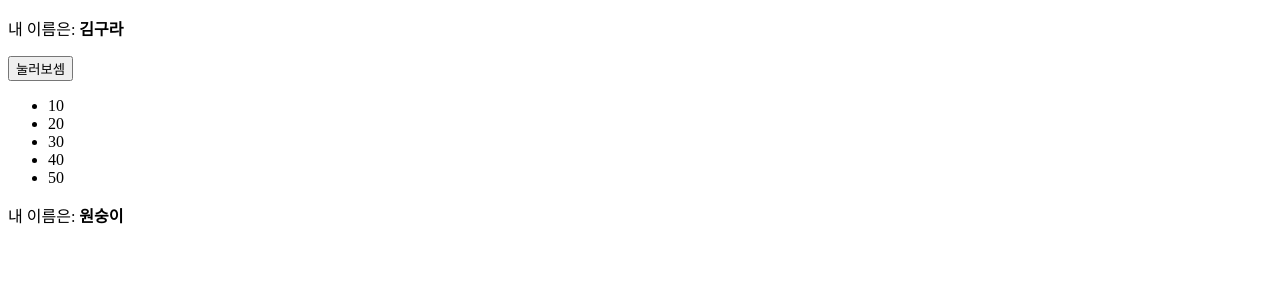
Repository: hyunhee7/angular_work
Page: HelloAngular/WebContent/Step02_controller.html
The author's editor kept a copy of each file at every save. The page is drawn from the files as they stood at one save, then again after the next save.
The browser window is 1280 px wide. The pictures show the whole page.

Above is the page before, as saved 2017-08-25 02:12:54.

After the next save:
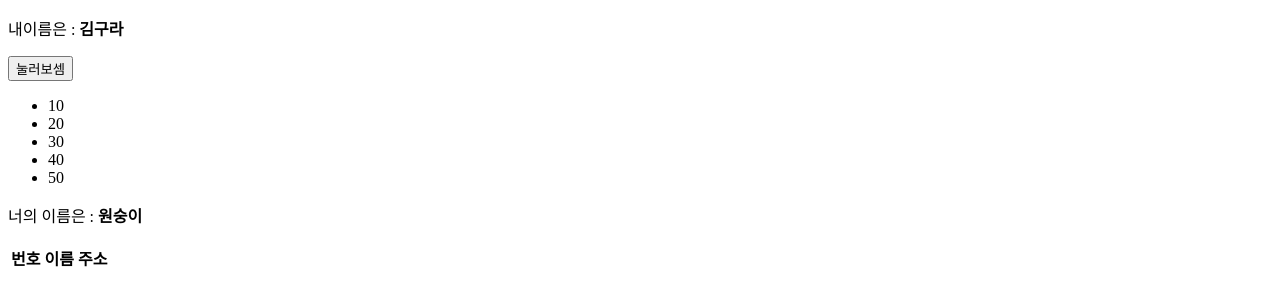
Saved 5 min 41 s later.
--- a/HelloAngular/WebContent/Step02_controller.html
+++ b/HelloAngular/WebContent/Step02_controller.html
@@ -9,31 +9,49 @@
 	var myApp=angular.module("myApp",[]);
 	// Ctrl1 이라는 이름의 컨트롤러 만들기
 	myApp.controller("Ctrl1",["$scope", function($scope){
-		//$scope=conroller가 담당하고있는 영역
 		$scope.name="김구라";
 		$scope.clicked=function(){
 			alert("버튼을 눌렀네?");
 		};
+
 		$scope.nums=[10, 20, 30, 40, 50];
 	}]);
 
-	//Ctrl2 이라는 이름의 컨트롤러 만들기
+	// Ctrl2 이라는 이름의 컨트롤러 만들기
 	myApp.controller("Ctrl2",["$scope", function($scope){
 		$scope.name="원숭이";
+
+		$scope.friends=[
+			{num:1,name:"김구라",addr:"노량진"},
+			{num:2,name:"해골",addr:"행신동"},
+			{num:3,name:"원숭이",addr:"동물원"}
+		];
 	}]);
 </script>
 </head>
 <body>
 <div ng-controller="Ctrl1">
-	<p>내 이름은: <strong>{{name}}</strong></p>
+	<p>내이름은 : <strong>{{name}}</strong></p>
 	<button ng-click="clicked()">눌러보셈</button>
 	<ul>
 		<li ng-repeat="tmp in nums">{{tmp}}</li>
 	</ul>
 </div>
 <div ng-controller="Ctrl2">
-	<p>내 이름은: <strong>{{name}}</strong></p>
+	<p>너의 이름은 : <strong>{{name}}</strong></p>
+	<table>
+		<thead>
+			<tr>
+				<th>번호</th>
+				<th>이름</th>
+				<th>주소</th>
+			</tr>
+		</thead>
+		<tbody>
 
+		</tbody>
+	</table>
 </div>
+
 </body>
 </html>
